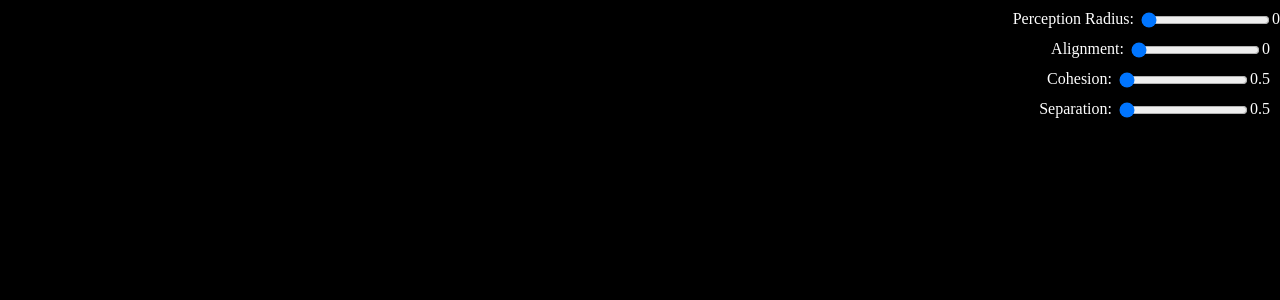
Repository: eltonsampaio12/boids
Page: index.html
The author's editor kept a copy of each file at every save. The page is drawn from the files as they stood at one save, then again after a run of saves.
The browser window is 1280 px wide. The pictures show the whole page.

Above is the page before, as saved 2024-01-29 17:46:25.
Not found: main.ts

After the next 2 saves:
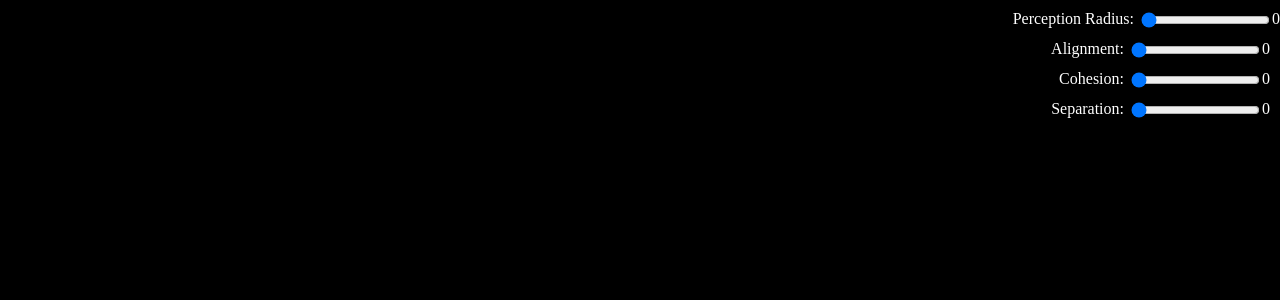
The 2 saves are shown as one change because they came seconds apart.
The last was saved 40 s later.
--- a/index.html
+++ b/index.html
@@ -74,7 +74,7 @@
         value="0"
         step="0.001"
       />
-      <span class="parameterValue" id="cohesionValue">0.5</span>
+      <span class="parameterValue" id="cohesionValue">0</span>
     </div>
 
     <div class="parameterParent">
@@ -87,7 +87,7 @@
         value="0"
         step="0.1"
       />
-      <span class="parameterValue" id="separationValue">0.5</span>
+      <span class="parameterValue" id="separationValue">0</span>
     </div>
   </body>
 </html>
